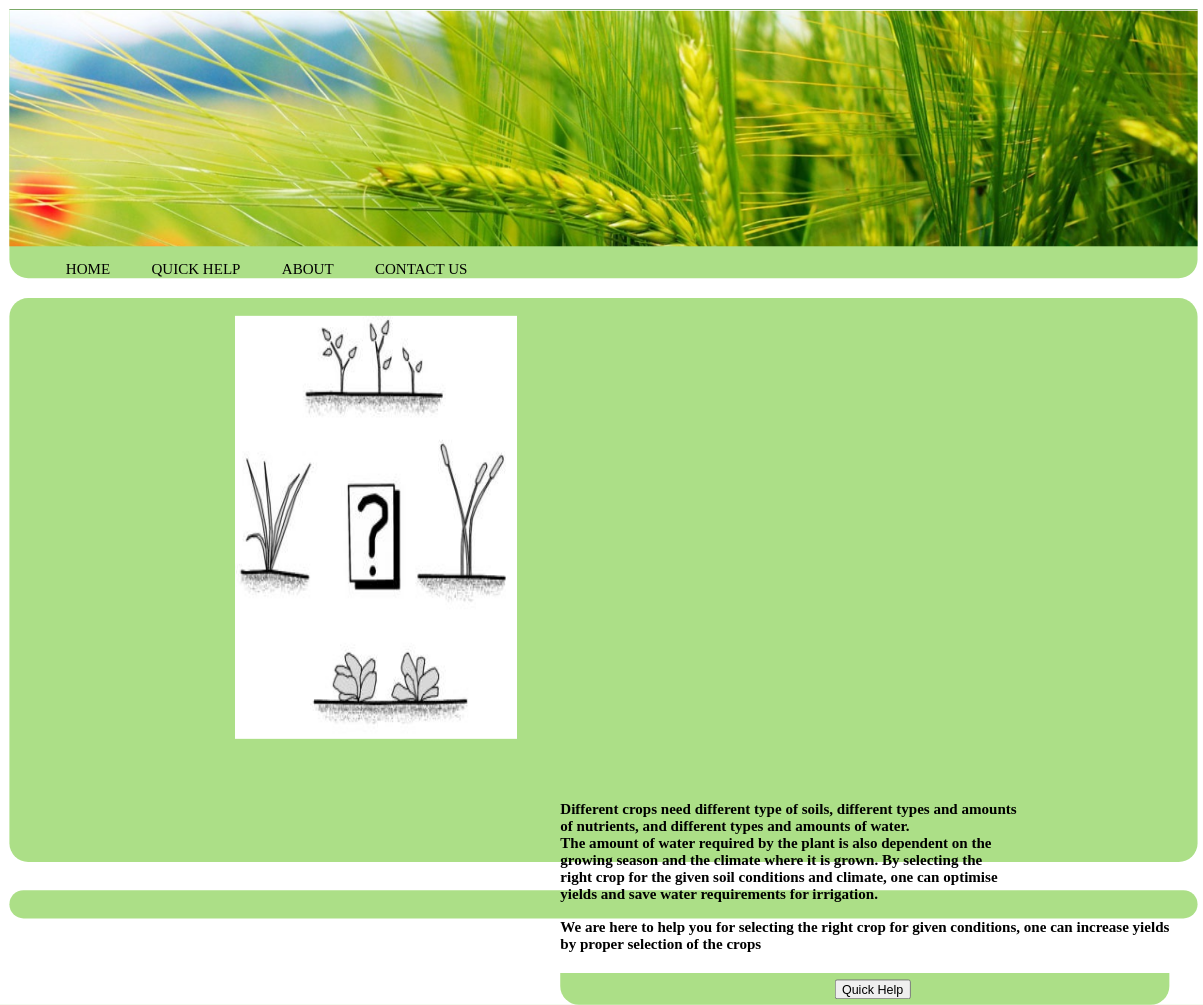
Repository: shivamtyagi1234/FarmoFriend
Page: http://localhost/FarmoFriend/
An editor plug-in stored every save of this project. The page is shown before and after the next save, followed by the edit.
The browser window is 1280 px wide. The pictures show the whole page, at 94% of full size.
The page is served by Tomcat 9.

Above is the page before, as saved 2019-11-03 07:26:38.

After the next save:
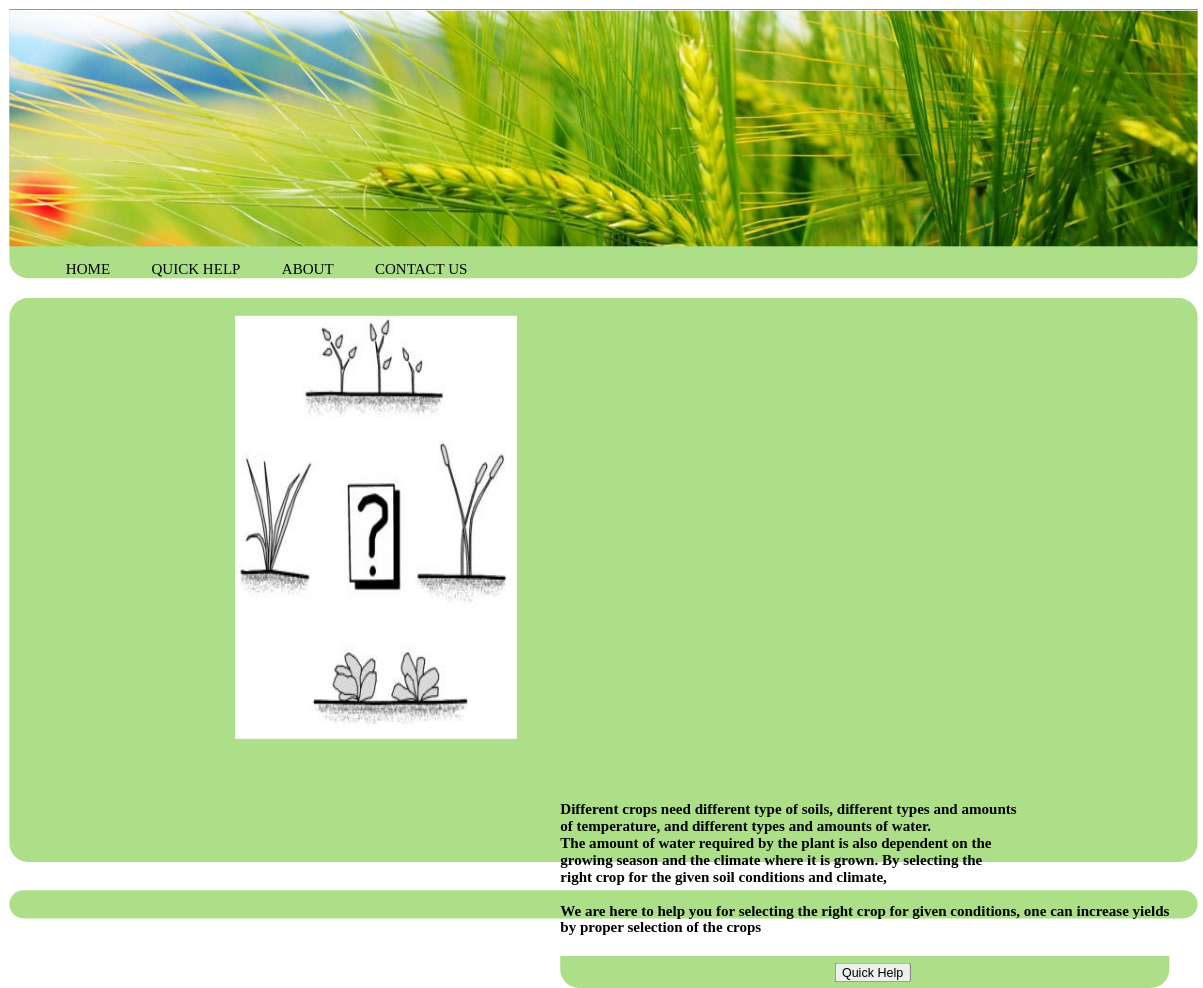
Saved 41 s later.
--- a/FarmoFriend/WebContent/home.jsp
+++ b/FarmoFriend/WebContent/home.jsp
@@ -78,11 +78,10 @@ height:30px;
 	<div style="float: left; width: 50%"><img alt="home1" src="images\crop selection.jpg" ></div>
 	<div style="float: right; text-align: left; text-decoration: blink; padding-right:30px; padding-top: 45px";>
 	<p><h4>Different crops need different type of soils, different types and amounts
-	<br>of nutrients, and different types and amounts of water.
+	<br>of temperature, and different types and amounts of water.
 	<br>The amount of water required by the plant is also dependent on the
 	<br>growing season and the climate where it is grown. By selecting the
-	<br>right crop for the given soil conditions and climate, one can optimise
-	<br> yields and save water requirements for irrigation.<br>
+	<br>right crop for the given soil conditions and climate,<br>
 	<br>We are here to help you for selecting the right crop for given conditions, one can increase yields
 	<br>by proper selection of the crops</h4></p>
 	<div id="QuickHelp">
